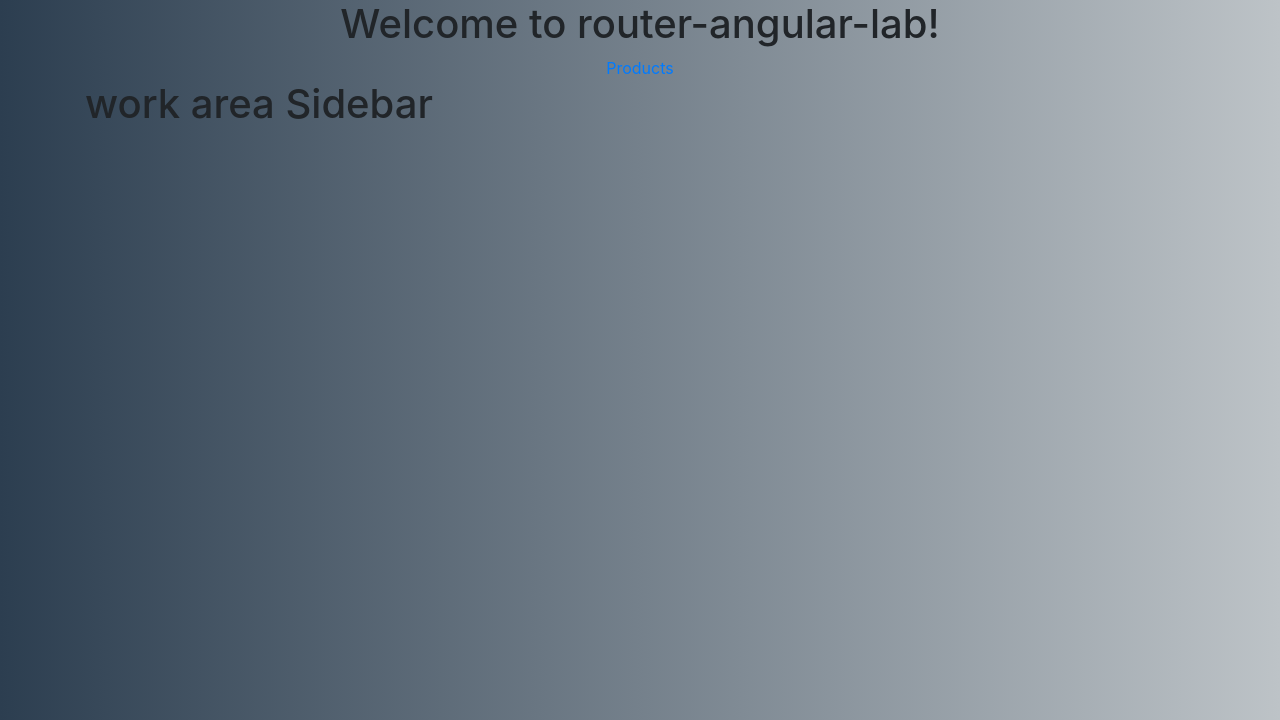
Repository: desalab/router-angular-lab
Page: /
These files come from the project's save history. The page is drawn as it stood at one moment and after the next save; the edit follows.
The browser window is 1280 px wide. The pictures show the whole page.
The project was rebuilt for these pictures with package versions that can differ from the ones it lists, and the page was loaded fresh each time. Also part of the build but not shown: angular.json, src/app/product-list/product-list.component.ts, src/app/models/product.ts, src/app/product-detail/product-detail.component.ts, src/app/product-list-sidebar/product-list-sidebar.component.ts, src/app/home/home.component.ts.

Above is the page before, as saved 2018-12-06 01:00:44.

After the next save:
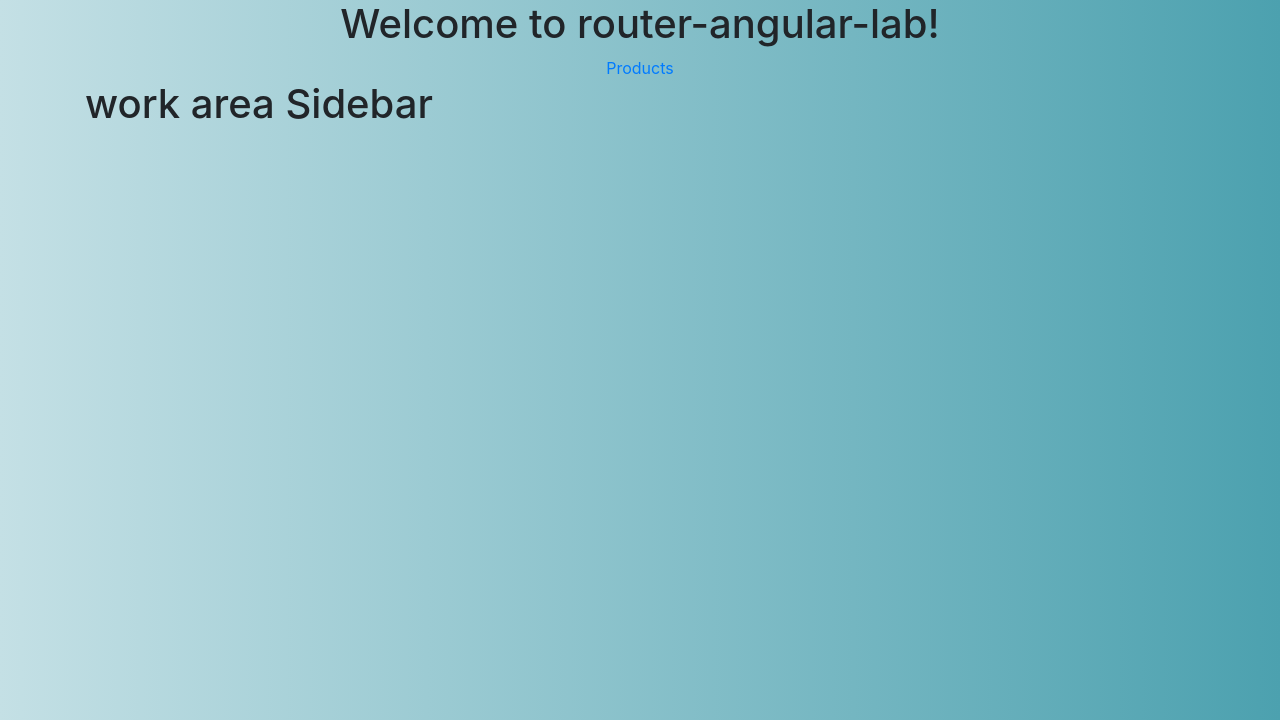
Saved 75 s later.
--- a/src/styles.css
+++ b/src/styles.css
@@ -1,6 +1,6 @@
 
 body{
-    background: #bdc3c7;  /* fallback for old browsers */
-    background: -webkit-linear-gradient(to right, #2c3e50, #bdc3c7);  /* Chrome 10-25, Safari 5.1-6 */
-    background: linear-gradient(to right, #2c3e50, #bdc3c7); /* W3C, IE 10+/ Edge, Firefox 16+, Chrome 26+, Opera 12+, Safari 7+ */
+    background: #4CA1AF;  /* fallback for old browsers */
+    background: -webkit-linear-gradient(to right, #C4E0E5, #4CA1AF);  /* Chrome 10-25, Safari 5.1-6 */
+    background: linear-gradient(to right, #C4E0E5, #4CA1AF); /* W3C, IE 10+/ Edge, Firefox 16+, Chrome 26+, Opera 12+, Safari 7+ */
 }
